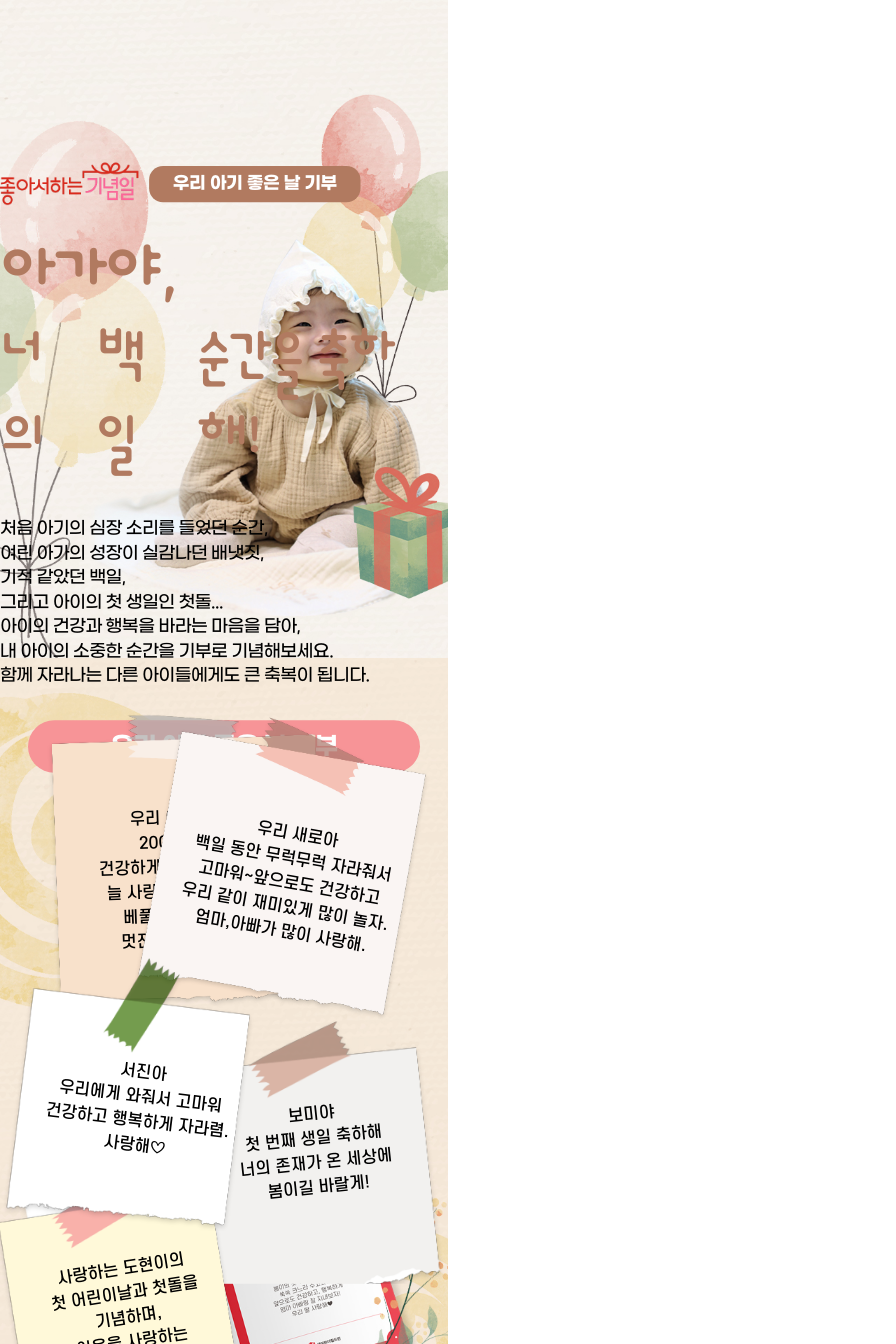
Repository: dlgywls1130/save_children_m
Page: index.html
These files come from the project's save history. The page is drawn as it stood at one moment and after the next save; the edit follows.
The browser window is 1280 px wide. The pictures show the part of the page from y = 0 to 1920 px (the page is 8198 px tall), at 70% of full size.

Above is the page before, as saved 2023-12-13 18:37:01.

After the next save:
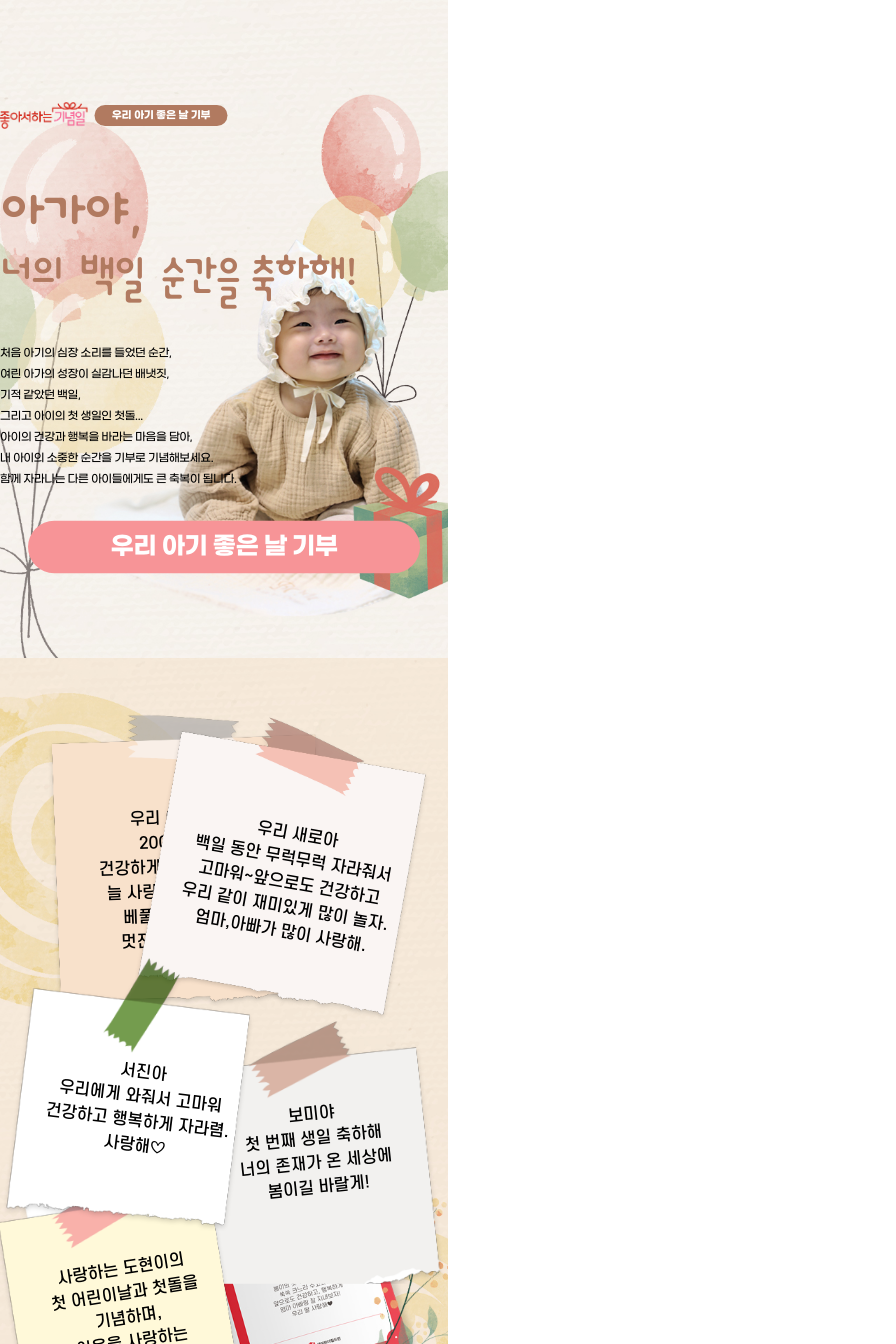
Saved 3 min 16 s later.
--- a/css/style.css
+++ b/css/style.css
@@ -118,20 +118,19 @@
 }
 
 .se01{
-    padding: 230px 0 70px;
+    padding:145px 0 92px;
     box-sizing: border-box;
 }
 .se01_sub{
-
-    display: flex;
-    align-items: center;
-    margin-bottom: 30px;
+    display: flex;
+    align-items: center;
+    margin-bottom: 70px;
 }
 
 .sub_logo{
-    width: 198px;
-    height: 65px;
-    margin-right: 15px;
+    width: 125px;
+    height: 40px;
+    margin-right: 10px;
 }
 
 .sub_logo img{
@@ -141,15 +140,15 @@
 }
 
 .se01_sub p{
-    width: 302px;
-    height: 52px;
+    width: 190px;
+    height: 30px;
     background: #B17A60;
-    border-radius: 20px;
+    border-radius: 15px;
     display: flex;
     align-items: center;
     justify-content: center;
     letter-spacing: -0.03em;
-    font-size: 25px;
+    font-size: 15px;
     font-weight: 700;
     font-family: 'GmarketSans',sans-serif;
     color: #fff;
@@ -158,7 +157,7 @@
 .seo01_title{
     font-family: 'Dongle',sans-serif;
     font-weight: 500;
-    font-size: 150px;
+    font-size: 120px;
     color: var(--main-color);
     letter-spacing: -0.03em;
 }
@@ -166,7 +165,7 @@
 .seo01_title_two{
     font-family: 'Dongle',sans-serif;
     font-weight: 500;
-    font-size: 120px;
+    font-size: 90px;
     color: var(--main-color);
     letter-spacing: -0.03em;
     margin-top: -4%;
@@ -179,8 +178,8 @@
     margin: 0 1.5rem;
 }
 .section_descript{
-    font-size: 25px;
-    line-height: 35px;
+    font-size: 20x;
+    line-height: 30px;
     font-family: 'GmarketSans';
     font-weight: 500;
     letter-spacing: -0.03em;
